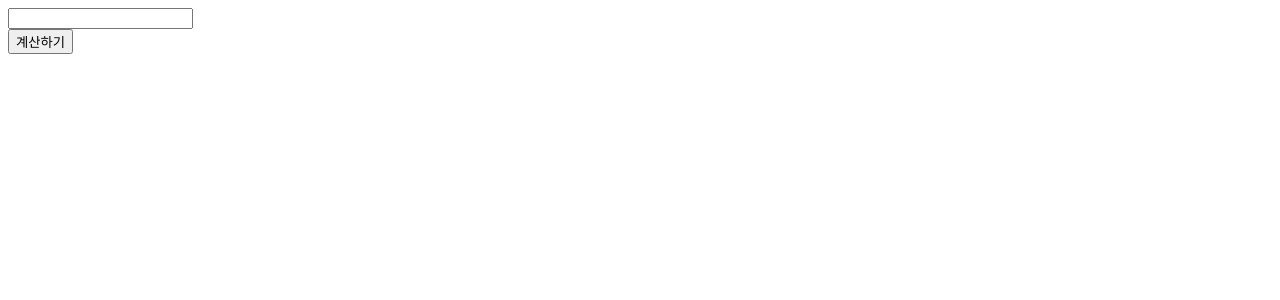
Repository: Jason-TG/workspace
Page: http://localhost/JSP_Project/jsp0708/add2.jsp
The author's editor kept a copy of each file at every save. The page is drawn from the files as they stood at one save, then again after the next save.
The browser window is 1280 px wide. The pictures show the whole page.
The page is served by Tomcat 9. Other server files are loaded and not shown.

Above is the page before, as saved 2021-07-09 05:33:06.

### JSP_Project/src/main/webapp/jsp0708/add2.jsp


<%@ page language="java" contentType="text/html; charset=UTF-8"
	pageEncoding="UTF-8"%>

<!DOCTYPE html>

<html>
<head>
<meta charset="UTF-8">
<title>Insert title here</title>
</head>

<body>

	<div>

		<form action="add2" method="post">

			<div>
				<label> </label>
			</div>

			<div>
				<input type="text" name="num" />
			</div>

			<div>
				<input type="submit" value="계산하기" />
			</div>

		</form>

	</div>

</body>
</html>

After the next save:
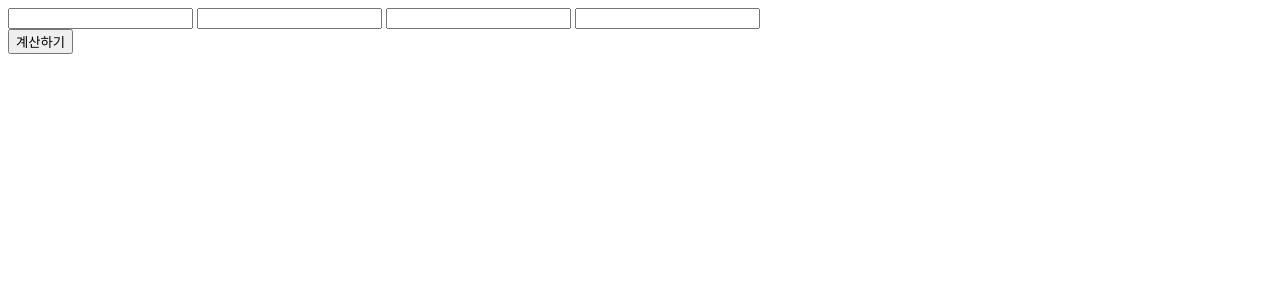
Saved 7 s later.
--- a/JSP_Project/src/main/webapp/jsp0708/add2.jsp
+++ b/JSP_Project/src/main/webapp/jsp0708/add2.jsp
@@ -23,6 +23,9 @@
 
 			<div>
 				<input type="text" name="num" />
+				<input type="text" name="num" />
+				<input type="text" name="num" />
+				<input type="text" name="num" />
 			</div>
 
 			<div>
